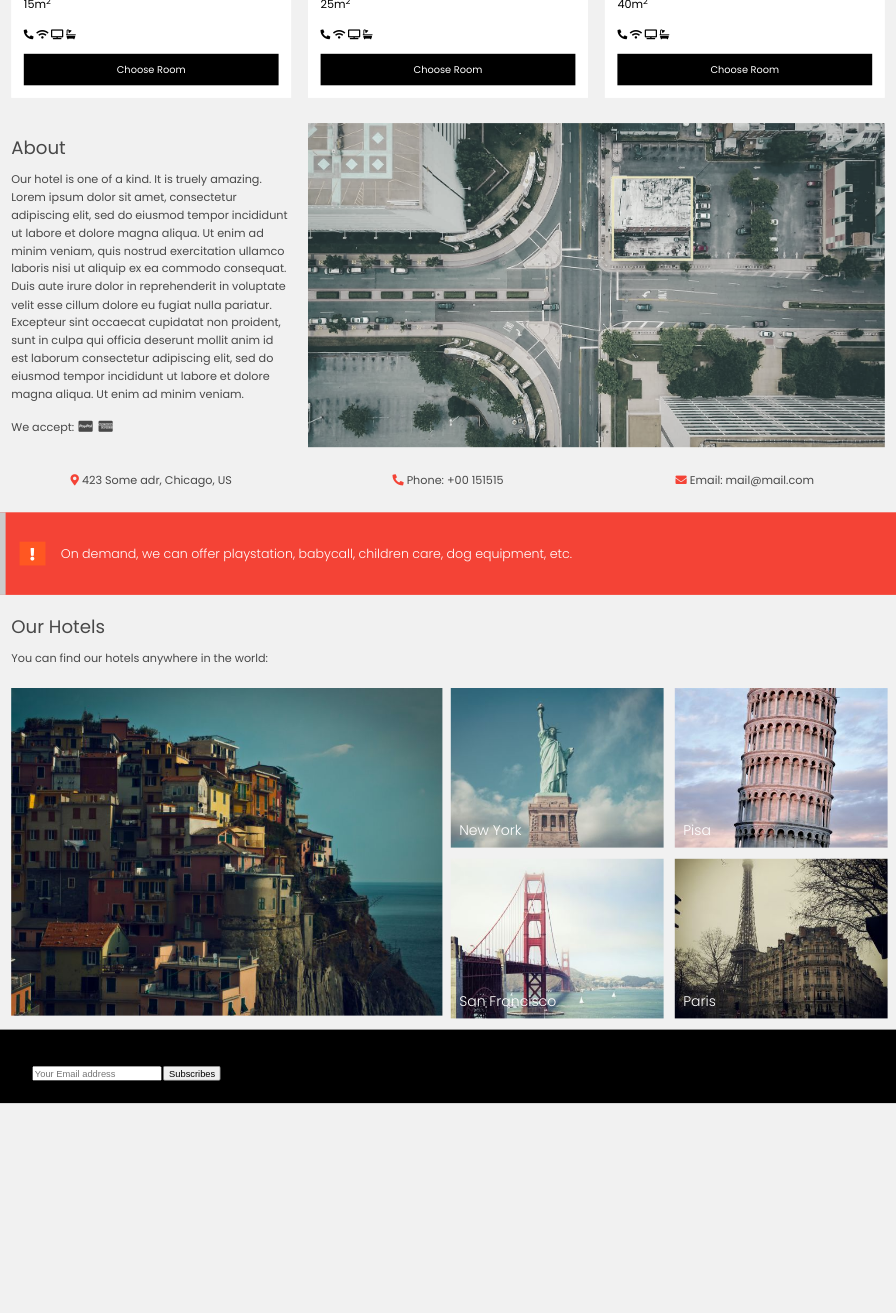
Repository: phamhuuloc/Travel_Template
Page: index.html
The author's editor kept a copy of each file at every save. The page is drawn from the files as they stood at one save, then again after the next save.
The browser window is 1280 px wide. The pictures show the part of the page from y = 1377 to 3297 px (the page is 3253 px tall before and 3297 px after), at 70% of full size.
The style sheet was rebuilt from its Sass, Less or Tailwind sources for each picture, by a compiler version that may differ from the author's.

Above is the page before, as saved 2021-09-18 15:54:12.

### index.html
<!DOCTYPE html>
<html lang="en">
  <head>
    <meta charset="UTF-8" />
    <meta http-equiv="X-UA-Compatible" content="IE=edge" />
    <meta name="viewport" content="width=device-width, initial-scale=1.0" />
    <title>Document</title>
    <!-- FONT AWESOME -->
    <link
      rel="stylesheet"
      href="https://cdnjs.cloudflare.com/ajax/libs/font-awesome/5.15.4/css/all.min.css"
      integrity="sha512-1ycn6IcaQQ40/MKBW2W4Rhis/DbILU74C1vSrLJxCq57o941Ym01SwNsOMqvEBFlcgUa6xLiPY/NS5R+E6ztJQ=="
      crossorigin="anonymous"
      referrerpolicy="no-referrer"
    />
    <!-- GOOGLE FONT -->
    <link
      href="https://fonts.googleapis.com/css2?family=Poppins:wght@50;300;400&display=swap"
      rel="stylesheet"
    />
    <!-- CSS -->
    <link rel="stylesheet" href="./assets/resets.css" />
    <link rel="stylesheet" href="./assets/grid.css" />
    <link rel="stylesheet" href="./assets/main.css" />
  </head>
  <body>
    <div class="grids">
      <header class="header">
        <div class="logo">
          <i class="fas fa-bed logo__icon"></i>
          Logo
        </div>
        <div class="header__menu">
          <ul class="header__menu-list">
            <li class="header__menu-item">Rooms</li>
            <li class="header__menu-item">About</li>
            <li class="header__menu-item">Contact</li>
          </ul>
          <button class="btn book-btn">Book Nows</button>
        </div>
      </header>
      <section class="intro">
        <img src="./assets/img/hotel.jpg" alt="" class="intro__img" />
        <form class="form-login">
          <div class="form-login__heading">
            <i class="fas fa-bed logo__icon intro-icon"></i>
            <h2 class="form-login__name">Hotel name</h2>
          </div>
          <div class="form-container">
            <div class="row">
              <div class="form__item col l-6">
                <label class="form__item-category">
                  <i class="far fa-calendar form__item-icon"></i>
                  Check Ins
                </label>
                <input
                  type="text"
                  class="form__item-input"
                  placeholder="DD MM YY"
                />
              </div>
              <div class="form__item col l-6">
                <label class="form__item-category">
                  <i class="far fa-calendar form__item-icon"></i>
                  Check Out
                </label>
                <input
                  type="text"
                  class="form__item-input"
                  placeholder="DD MM YY"
                />
              </div>
            </div>
            <div class="row">
              <div class="form__item col l-6">
                <label class="form__item-category">
                  <i class="fas fa-male form__item-icon"></i>
                  Adults
                </label>
                <input
                  type="number"
                  value="1"
                  min="1"
                  max="6"
                  class="form__item-input"
                />
              </div>
              <div class="form__item col l-6">
                <label class="form__item-category">
                  <i class="fas fa-child form__item-icon"></i>
                  Kids
                </label>
                <input
                  type="number"
                  value="0"
                  min="0"
                  max="6"
                  class="form__item-input"
                />
              </div>
            </div>
            <button class="search-btn">
              <i class="fas fa-search search-icon"></i>Search availability
            </button>
          </div>
        </form>
      </section>

      <section class="option-room">
        <div class="option-container">
          <h3 class="option-container__title">Rooms</h3>
          <span class="option-container__desc"
            >Make yourself at home is our slogan. We offer the best beds in the
            industry. Sleep well and rest well.</span
          >
          <!-- FORM LOGIN  -->
          <div class="form-container option-container__form">
            <div class="row">
              <div class="form__item col l-3">
                <label class="form__item-category">
                  <i class="far fa-calendar form__item-icon"></i>
                  Check Ins
                </label>
                <input
                  type="text"
                  class="form__item-input"
                  placeholder="DD MM YY"
                />
              </div>
              <div class="form__item col l-3">
                <label class="form__item-category">
                  <i class="far fa-calendar form__item-icon"></i>
                  Check Out
                </label>
                <input
                  type="text"
                  class="form__item-input"
                  placeholder="DD MM YY"
                />
              </div>
              <div class="form__item col l-2">
                <label class="form__item-category">
                  <i class="fas fa-male form__item-icon"></i>
                  Adults
                </label>
                <input
                  type="number"
                  value="1"
                  min="1"
                  max="6"
                  class="form__item-input"
                />
              </div>
              <div class="form__item col l-2">
                <label class="form__item-category">
                  <i class="fas fa-child form__item-icon"></i>
                  Kids
                </label>
                <input
                  type="number"
                  value="0"
                  min="0"
                  max="6"
                  class="form__item-input"
                />
              </div>
              <!-- BUTTON F0RM LOGIN -->
              <div class="form__item col l-2">
                <label class="form__item-category">
                  <i class="fas fa-search"></i> Search</label
                >
                <button class="search-btn search-btn--full">Search</button>
              </div>
            </div>
          </div>
          <div class="category-room">
            <ul class="category-room__list row">
              <li class="category-room__item col l-4">
                <img
                  src="./assets/img/room_single.jpg"
                  alt=""
                  class="category-room__img"
                />
                <div class="category-room__details">
                  <h3 class="category-room__title">Single Room</h3>
                  <span class="category-room__price">From $99</span>
                  <span class="category-room__charac">Single bed</span>
                  <span class="category-room__area">15m<sup>2</sup></span>
                  <span class="category-room__function">
                    <i class="fas fa-phone-alt"></i>
                    <i class="fas fa-wifi"></i>
                    <i class="fas fa-tv"></i>
                    <i class="fas fa-bath"></i>
                  </span>
                  <button class="btn btn-choose">Choose Room</button>
                </div>
              </li>
              <li class="category-room__item col l-4">
                <img
                  src="./assets/img/room_double.jpg"
                  alt=""
                  class="category-room__img"
                />
                <div class="category-room__details">
                  <h3 class="category-room__title">Double Room</h3>
                  <span class="category-room__price">From $99</span>
                  <span class="category-room__charac">Single bed</span>
                  <span class="category-room__area">25m<sup>2</sup></span>
                  <span class="category-room__function">
                    <i class="fas fa-phone-alt"></i>
                    <i class="fas fa-wifi"></i>
                    <i class="fas fa-tv"></i>
                    <i class="fas fa-bath"></i>
                  </span>
                  <button class="btn btn-choose">Choose Room</button>
                </div>
              </li>
              <li class="category-room__item col l-4">
                <img
                  src="./assets/img/room_deluxe.jpg"
                  alt=""
                  class="category-room__img"
                />
                <div class="category-room__details">
                  <h3 class="category-room__title">Deluxe Room</h3>
                  <span class="category-room__price">From $99</span>
                  <span class="category-room__charac">Single bed</span>
                  <span class="category-room__area">40m<sup>2</sup></span>
                  <span class="category-room__function">
                    <i class="fas fa-phone-alt"></i>
                    <i class="fas fa-wifi"></i>
                    <i class="fas fa-tv"></i>
                    <i class="fas fa-bath"></i>
                  </span>
                  <button class="btn btn-choose">Choose Room</button>
                </div>
              </li>
            </ul>
          </div>
        </div>
      </section>
      <section class="local">
        <div class="row">
          <div class="local__container col l-4">
            <h4 class="local__title">About</h4>
            <p class="local__detail">
              Our hotel is one of a kind. It is truely amazing. Lorem ipsum
              dolor sit amet, consectetur adipiscing elit, sed do eiusmod tempor
              incididunt ut labore et dolore magna aliqua. Ut enim ad minim
              veniam, quis nostrud exercitation ullamco laboris nisi ut aliquip
              ex ea commodo consequat. Duis aute irure dolor in reprehenderit in
              voluptate velit esse cillum dolore eu fugiat nulla pariatur.
              Excepteur sint occaecat cupidatat non proident, sunt in culpa qui
              officia deserunt mollit anim id est laborum consectetur adipiscing
              elit, sed do eiusmod tempor incididunt ut labore et dolore magna
              aliqua. Ut enim ad minim veniam.
            </p>
            <p class="local__payment-methods">
              We accept:
              <i class="fab fa-cc-paypal local__payment-icon"></i>
              <i class="fab fa-cc-amex local__payment-icon"></i>
            </p>
          </div>
          <img src="./assets/img/map.jpg" alt="" class="col l-8 local__img" />
        </div>
        <div class="local__contact row">
          <div class="local__contact-item col l-4">
            <i class="fas fa-map-marker-alt local__contact-icon"></i>
            423 Some adr, Chicago, US
          </div>
          <div class="local__contact-item col l-4">
            <i class="fas fa-phone-alt local__contact-icon"></i>
            Phone: +00 151515
          </div>
          <div class="local__contact-item col l-4">
            <i class="fas fa-envelope local__contact-icon"></i>
            Email: mail@mail.com
          </div>
        </div>
      </section>
      <div class="demand">
        <i class="fas fa-exclamation demand__icon"></i>
        <p class="demand__desc">
          On demand, we can offer playstation, babycall, children care, dog
          equipment, etc.
        </p>
      </div>
      <section class="our-hotels">
        <h3 class="our-hotels__title">Our Hotels</h3>
        <p class="our-hotels__desc">
          You can find our hotels anywhere in the world:
        </p>
        <div class="row sm-gutter">
          <div class="col l-6">
            <img
              src="./assets/img/cinqueterre.jpg"
              alt=""
              class="our-hotel__img"
            />
          </div>
          <div class="col l-6">
            <div class="our-hotel__extend">
              <div class="row our-hotels__extend-item">
                <div class="our-hotels__container col l-6">
                  <img src="./assets/img/newyork2.jpg" alt="" class="" />
                  <span class="our-hotels__container-name">New York</span>
                </div>
                <div class="our-hotels__container col l-6">
                  <img src="./assets/img/pisa.jpg" alt="" class="" />
                  <span class="our-hotels__container-name">Pisa</span>
                </div>
              </div>
              <div class="row our-hotels__extend-item">
                <div class="our-hotels__container col l-6">
                  <img src="./assets/img/sanfran.jpg" alt="" class="" />
                  <span class="our-hotels__container-name">San Francisco</span>
                </div>
                <div class="our-hotels__container col l-6">
                  <img src="./assets/img/paris.jpg" alt="" class="" />
                  <span class="our-hotels__container-name">Paris</span>
                </div>
              </div>
            </div>
          </div>
        </div>
      </section>
      <section class="offers">
        <h3 class="offers__title">Get the best offers first!</h3>
        <p class="offers__desc">Join our newsletter.</p>
        <label for="" class="offers__email">Email</label>
        <input
          type="text"
          class="offers__input"
          placeholder="Your Email address"
        />
        <button>Subscribes</button>
      </section>
    </div>
  </body>
</html>

### assets/main.scss
$primary-color: #f44336;
$secondary-color: #0000;
$text-color: #484848;
$hover-color: #ccc;

@mixin flex($align: center, $justify: space-between) {
  display: flex;
  align-items: $align;
  justify-content: $justify;
}
* {
  box-sizing: border-box;
}
html {
  font-size: 62.5%;
}
body {
  background-color: #f1f1f1;
  font-family: "Poppins", sans-serif;
  margin-bottom: 30rem;
}
ul {
  list-style: none;
}
img {
  display: block;
  width: 100%;
}
a {
  text-decoration: none;
}
sup {
  font-size: 75%;
  position: relative;
  line-height: 0;
  top: -0.5em;
  vertical-align: baseline;
}
.btn {
  font-family: "Poppins", sans-serif;
  @include flex(center, center);
  height: inherit;
  outline: none;
  cursor: pointer;
  border: 0;
}
.btn:hover {
  background-color: $hover-color;
  color: #000;
}

//HEADER
.header {
  display: flex;
  align-items: center;
  height: 4.4rem;
  background-color: white;
  font-size: 2rem;

  .logo {
    background-color: $primary-color;
    height: 100%;
    cursor: pointer;
    color: white;
    @include flex();
    padding: 1.4rem 1.8rem;

    &__icon {
      margin-right: 2rem;
    }
  }
  .logo:hover {
    background-color: $hover-color;
    color: $text-color;
  }
  &__menu {
    display: flex;
    @include flex();
    height: 100%;
    width: 100%;
    &-list {
      @include flex();
      height: 100%;
    }
    &-item {
      @include flex();
      padding: 0 2rem;
      height: 100%;
      cursor: pointer;
      color: $text-color;
      &:hover {
        background-color: #ccc;
      }
    }
  }
  .book-btn {
    background-color: #f1f1f1;
    padding: 1.4rem 1.6rem;
    color: $text-color;
    font-size: 2rem;
  }
  .book-btn:hover {
    background-color: #ccc;
    cursor: pointer;
  }
}
// SECTION INTRO
.intro {
  position: relative;
  margin-bottom: 3.8rem;
  &-icon {
    padding: 0 1.8rem;
  }
  .form-login {
    width: 64.4rem;
    position: absolute;
    top: 50%;
    left: 2rem;
    background-color: #fff;
    transform: translateY(-50%);

    &__heading {
      display: flex;
      align-items: center;

      width: 100%;
      height: 6.4rem;
      background-color: $primary-color;
      color: white;
      font-size: 3rem;
    }
  }
}
.form-container {
  padding: 1.6rem;
  .search-btn {
    font-family: "Poppins", sans-serif;
    padding: 1rem 1.6rem;
    margin-top: 8px;
    border: 0;

    outline: none;
    cursor: pointer;

    background-color: #616161;
    font-size: 1.5rem;
    color: white;
  }
  .search-btn--full {
    width: 100%;
    margin: 0;
    background-color: #000;
    color: white;
    padding: 6px 0;
  }
  .search-btn:hover {
    background-color: #ccc;
    color: $text-color;
  }
  .search-icon {
    padding-right: 2rem;
  }
}
.form__item {
  display: flex;
  flex-direction: column;
  margin-bottom: 1.6rem;
  &-category {
    font-size: 1.6rem;
    margin-bottom: 4px;
    color: $text-color;
  }
  &-input {
    padding: 1rem;
    border: 1px solid #dedede;
  }
}
.option-container {
  padding: 1.6rem;
  margin-bottom: 2rem;
  &__title {
    font-size: 2.2rem;
    margin-bottom: 3rem;
    color: $text-color;
  }
  &__desc {
    display: block;
    font-size: 1.6rem;
    margin-bottom: 2rem;
    color: $text-color;
  }
  &__form {
    padding: 1.6rem 0;
  }
}
.category-room {
  &__details {
    padding: 1.8rem;
    display: flex;
    flex-direction: column;
    background-color: white;
  }
  &__title {
    font-size: 2.6rem;
    margin-bottom: 2rem;
    color: #484848;
  }
  &__price {
    font-size: 1.6rem;
    color: #999;
    margin-bottom: 2rem;
  }
  &__charac {
    font-size: 1.4rem;
    margin-bottom: 2rem;
  }
  &__area {
    font-size: 1.6rem;
    margin-bottom: 2.8rem;
  }
  &__function {
    font-size: 1.4rem;
    margin-bottom: 2rem;
  }
  .btn-choose {
    padding: 1.2rem 0;
    background-color: #000;
    color: white;
    font-size: 1.4rem;
  }
  .btn-choose:hover {
    background-color: $hover-color;
    color: $text-color;
  }
}
.local {
  padding: 0 1.6rem;
  &__title {
    font-size: 2.6rem;
    margin-top: 2.2rem;
    margin-bottom: 2rem;
    color: $text-color;
  }
  &__detail {
    font-size: 1.6rem;
    line-height: 1.6;
    margin-bottom: 2.4rem;
    color: $text-color;
  }
  &__payment-methods {
    font-size: 1.6rem;
    color: $text-color;
  }
  &__payment-icon {
    font-size: 1.8rem;
    margin: 0 2px;
  }
  &__img {
    filter: grayscale(75%);
  }
  &__contact {
    padding: 3.8rem 0;
    &-icon {
      color: $primary-color;
      font-size: 1.6rem;
    }
    &-item {
      text-align: center;
      font-size: 1.6rem;
      color: $text-color;
    }
  }
}
.demand {
  padding: 4.2rem 0 4.2rem 2rem;
  background-color: $primary-color;
  border-left: 8px solid #ccc;
  @include flex(center, none);
  margin-bottom: 3.2rem;
  &__icon {
    color: white;
    font-size: 1.8rem;
    padding: 8px 15px;
    background-color: #ff5722;
    margin-right: 2.2rem;
  }
  &__desc {
    font-size: 1.8rem;
    color: white;
    font-weight: 350;
  }
}
.our-hotels {
  padding: 0 1.6rem;
  &__title {
    font-size: 2.6rem;
    color: $text-color;
    margin-bottom: 2.5rem;
  }
  &__desc {
    display: block;
    margin-bottom: 3.4rem;
    color: $text-color;
    font-size: 1.6rem;
  }
  &__extend {
    &-item {
      margin-bottom: 16px;
    }
  }
  &__container {
    position: relative;
    &-name {
      position: absolute;
      left: 0;
      bottom: 0;

      padding: 1.5rem 2rem;
      font-size: 2rem;
      font-weight: 350;
      color: white;
    }
  }
}
.offers {
  background-color: #000;
  padding: 3.2rem 1.6rem;
}

Loaded but not shown: assets/resets.css (common file); assets/grid.css (430 lines, source omitted)

After the next save:
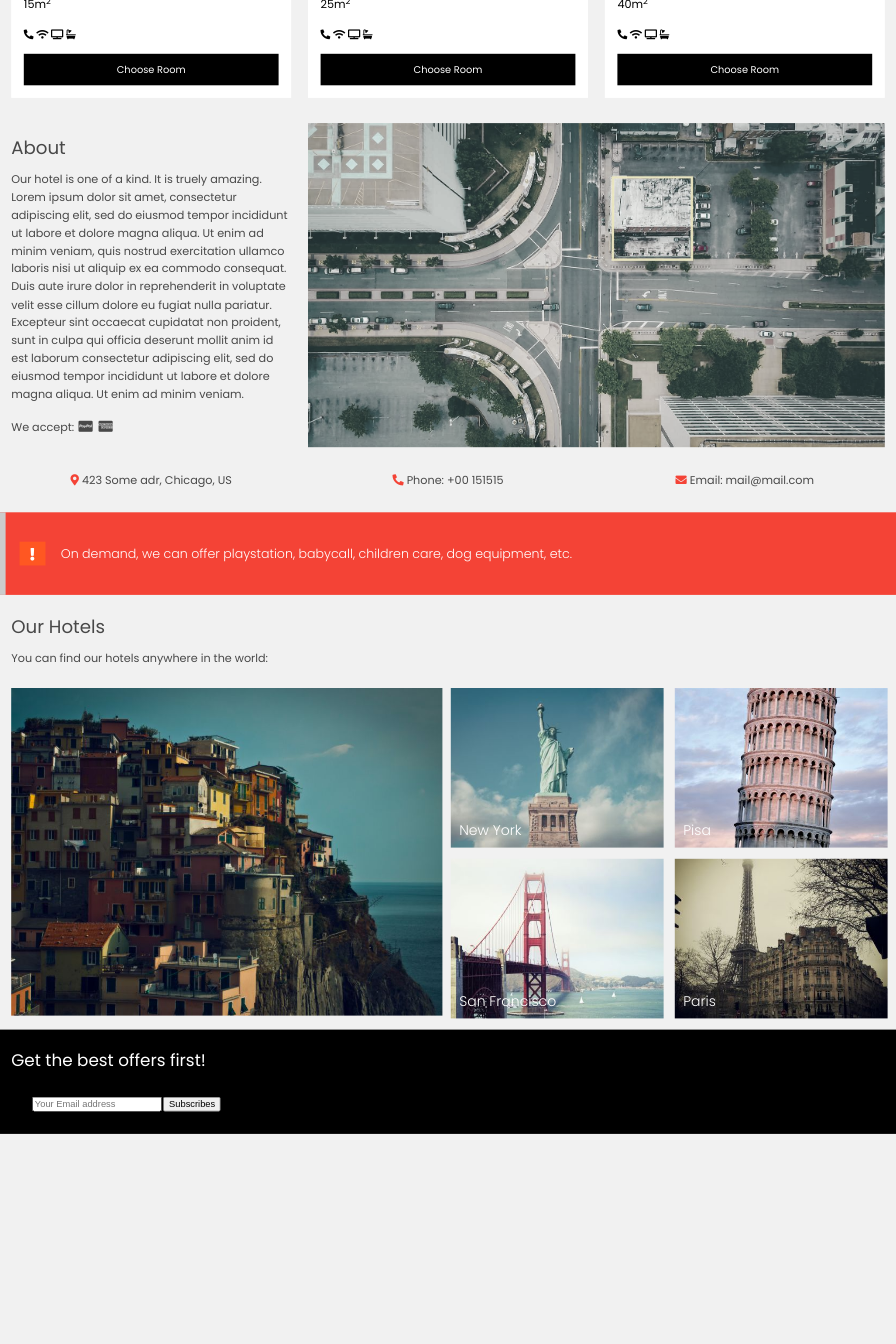
Saved 78 s later.
--- a/assets/main.scss
+++ b/assets/main.scss
@@ -325,4 +325,9 @@ sup {
 .offers {
   background-color: #000;
   padding: 3.2rem 1.6rem;
-}
+  &__title {
+    color: white;
+    font-size: 2.4rem;
+    margin-bottom: 3rem;
+  }
+}
